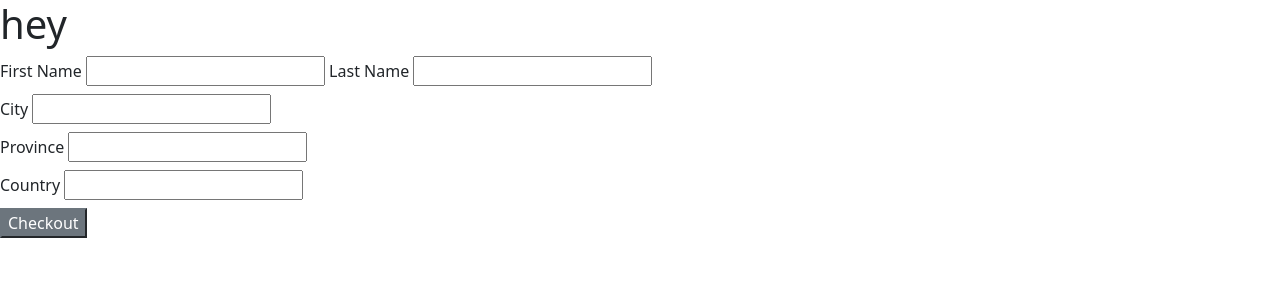
Repository: Flatbook/sliced_bread
Page: http://localhost/checkout
The author's editor kept a copy of each file at every save. The page is drawn from the files as they stood at one save, then again after the next save.
The browser window is 1280 px wide. The pictures show the whole page.
Some web libraries are served in a nearby version. The page is served by the project's application, run on Flask 3 (app.py).

Above is the page before, as saved 2021-05-15 23:44:15.

### flask_project/templates/checkout.html
{% extends "layout.html" %}
{% block content %}


<h1>hey</h1>

<form method = "POST" action ="{{ url_for('checkout')}}">
	{{ form. csrf_token }}
	{{ form.name.label(class ="form-label")}}

	{{ form.name (class ="form-label") }}

	{{ form.lname.label (class ="form-label") }}
	{{ form.lname (class ="form-label") }}
</br>

	{{ form.city.label (class ="form-label")}}
	{{ form.city (class ="form-label") }}
</br>

	{{ form.state.label (class ="form-label")}}
	{{ form.state (class ="form-label") }}
</br>

	{{ form.country.label (class ="form-label") }}
	{{ form.country (class ="form-label") }}
</br>

	{{ form.submit (class ="btn-secondary") }}
</form>

<!-- {% if name %}
	<h1>Hello {{ name }}!!</h1>
	<br/>
	<img src="{{ url_for('static', filename='images/NorthPeak.png')}}" width=1100>
	<br/><br/>
	<p id="demo">This is stuff...</p>

<script src="{{ url_for('static', filename='js/myfile.js')}}"></script>


{% else %}
	<h1>What's Your Name?</h1>
	<br/>
	<form method="POST">
		{{ form.hidden_tag() }}

		{{ form.name.label(class="form-label") }}

		{{ form.name(class="form-control") }}
		<br/>

		{{ form.submit(class="btn btn-secondary") }}


	</form>



{% endif %}

{% endblock %} -->

### flask_project/templates/layout.html
<!DOCTYPE html>
<html lang="en">
<head>
    <meta charset="UTF-8">
    <meta http-equiv="X-UA-Compatible" content="IE=edge">
    <meta name="viewport" content="width=device-width, initial-scale=1.0">
    <!-- <link rel = "stylesheet" href="{{ url_for('static', filename='css/main.css') }}"> -->
    <link href="https://cdn.jsdelivr.net/npm/bootstrap@5.0.1/dist/css/bootstrap.min.css" rel="stylesheet" integrity="sha384-+0n0xVW2eSR5OomGNYDnhzAbDsOXxcvSN1TPprVMTNDbiYZCxYbOOl7+AMvyTG2x" crossorigin="anonymous">
    <title>Greatest Beverage </title>
</head>
<body>
    {% block content %} {% endblock %}

 <!-- Optional JavaScript -->
    <!-- jQuery first, then Popper.js, then Bootstrap JS -->
    <script src="https://code.jquery.com/jquery-3.2.1.slim.min.js" integrity="sha384-KJ3o2DKtIkvYIK3UENzmM7KCkRr/rE9/Qpg6aAZGJwFDMVNA/GpGFF93hXpG5KkN" crossorigin="anonymous"></script>
    <script src="https://cdnjs.cloudflare.com/ajax/libs/popper.js/1.12.9/umd/popper.min.js" integrity="sha384-ApNbgh9B+Y1QKtv3Rn7W3mgPxhU9K/ScQsAP7hUibX39j7fakFPskvXusvfa0b4Q" crossorigin="anonymous"></script>
    <script src="https://maxcdn.bootstrapcdn.com/bootstrap/4.0.0/js/bootstrap.min.js" integrity="sha384-JZR6Spejh4U02d8jOt6vLEHfe/JQGiRRSQQxSfFWpi1MquVdAyjUar5+76PVCmYl" crossorigin="anonymous"></script>
</body>
</html>

### flask_project/app.py
from flask import Flask, render_template
from form import checkoutForm
import os
app = Flask(__name__)

imagesFolder = os.path.join('static','images')

app.config['SECRET_KEY'] = "my secret key"
app.config['UPLOAD_FOLDER'] =imagesFolder


drinks =[{
    'title' : 'Sonder Sparkle Mojito',
    'description': 'A bit of sparkle and cheer come together flawlessly in this festive mocktail.'

},
{
    'title': 'French 75 Mocktail',
    'description': 'With the same taste profile of a classic French 75 — think lemon juice and a splash of bitters — this mocktail will energize your evening.'
}
]

@app.route("/")
def hello_world():
    drink2 = os.path.join(app.config['UPLOAD_FOLDER'],'drink2.jpg')
    return render_template('home.html',drinks=drinks,user_image = drink2)

@app.route("/btform")
def btform():
    return render_template('btform.html')

@app.route("/checkout",methods =['GET','POST'])
def checkout():
    name = None
    lname = None
    form = checkoutForm()
    #  #validate form
    if form.validate_on_submit():
        return 'Dear {}, your order for {} drinks is placed Succesfully.'.format(form.name.data,form.lname.data)
    return render_template("checkout.html",
     name=name,form = form)




if __name__ == '__main__':
    app.run(debug=True)

### flask_project/form.py
from flask_wtf import FlaskForm
from wtforms import StringField, SubmitField
from wtforms.validators import DataRequired

class checkoutForm(FlaskForm):
    name = StringField("First Name", validators = [DataRequired()])
    lname = StringField("Last Name",validators=[DataRequired()])
    city = StringField("City",validators=[DataRequired()])
    state = StringField("Province",validators=[DataRequired()])
    country = StringField("Country",validators=[DataRequired()])
    submit = SubmitField("Checkout")

After the next save:
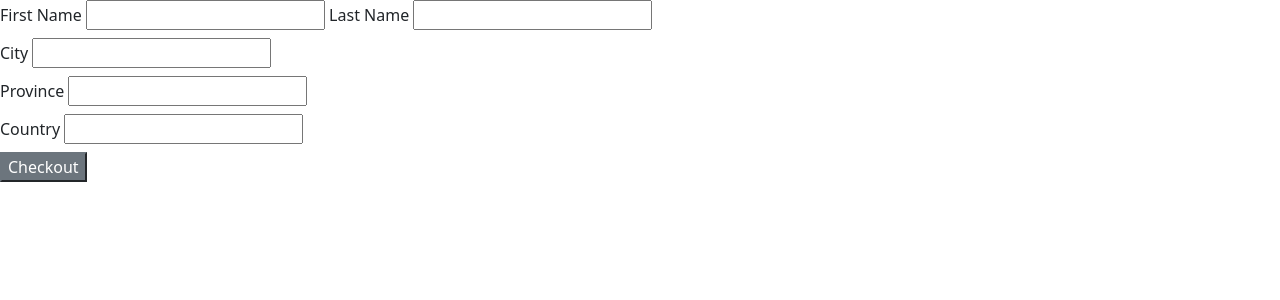
Saved 4 s later.
--- a/flask_project/templates/checkout.html
+++ b/flask_project/templates/checkout.html
@@ -1,8 +1,5 @@
 {% extends "layout.html" %}
 {% block content %}
-
-
-<h1>hey</h1>
 
 <form method = "POST" action ="{{ url_for('checkout')}}">
 	{{ form. csrf_token }}
